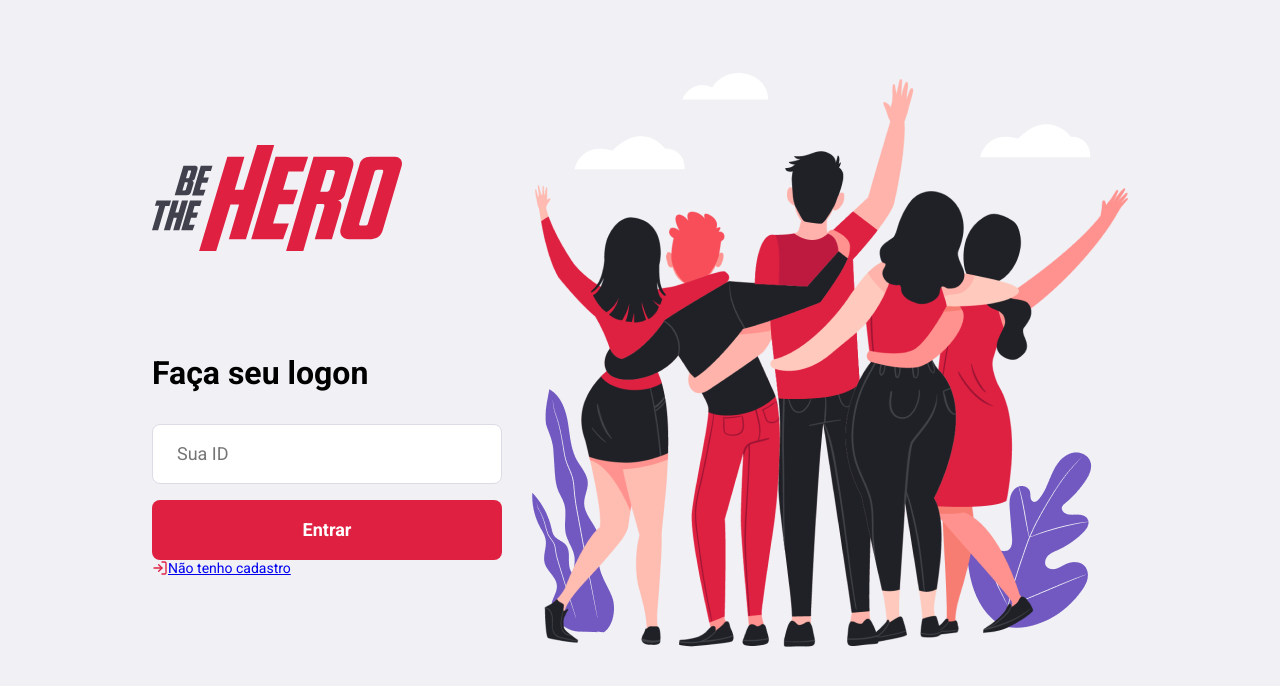
Repository: pedroevangelista/be-the-hero
Page: /profile (app in frontend/)
These files come from the project's save history. The page is drawn as it stood at one moment and after the next save; the edit follows.
The browser window is 1280 px wide. The pictures show the whole page.
The project was rebuilt for these pictures with package versions that can differ from the ones it lists, and the page was loaded fresh each time.

Above is the page before, as saved 2020-03-25 12:27:43.

After the next save:
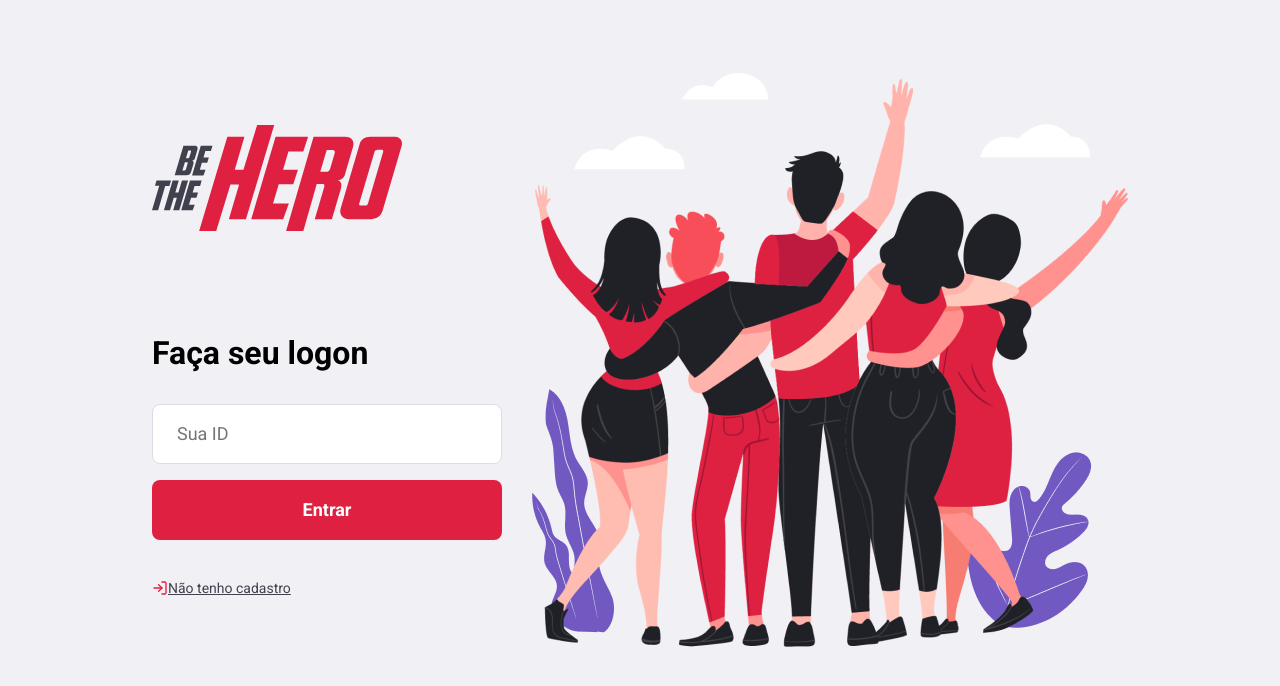
Saved 22 s later.
--- a/frontend/src/pages/Logon/styles.css
+++ b/frontend/src/pages/Logon/styles.css
@@ -26,4 +26,6 @@
 .logon-container section.form form a {
     display: flex;
     align-items: center;
+    margin-top: 40px;
+    color: #41414d;
 }
